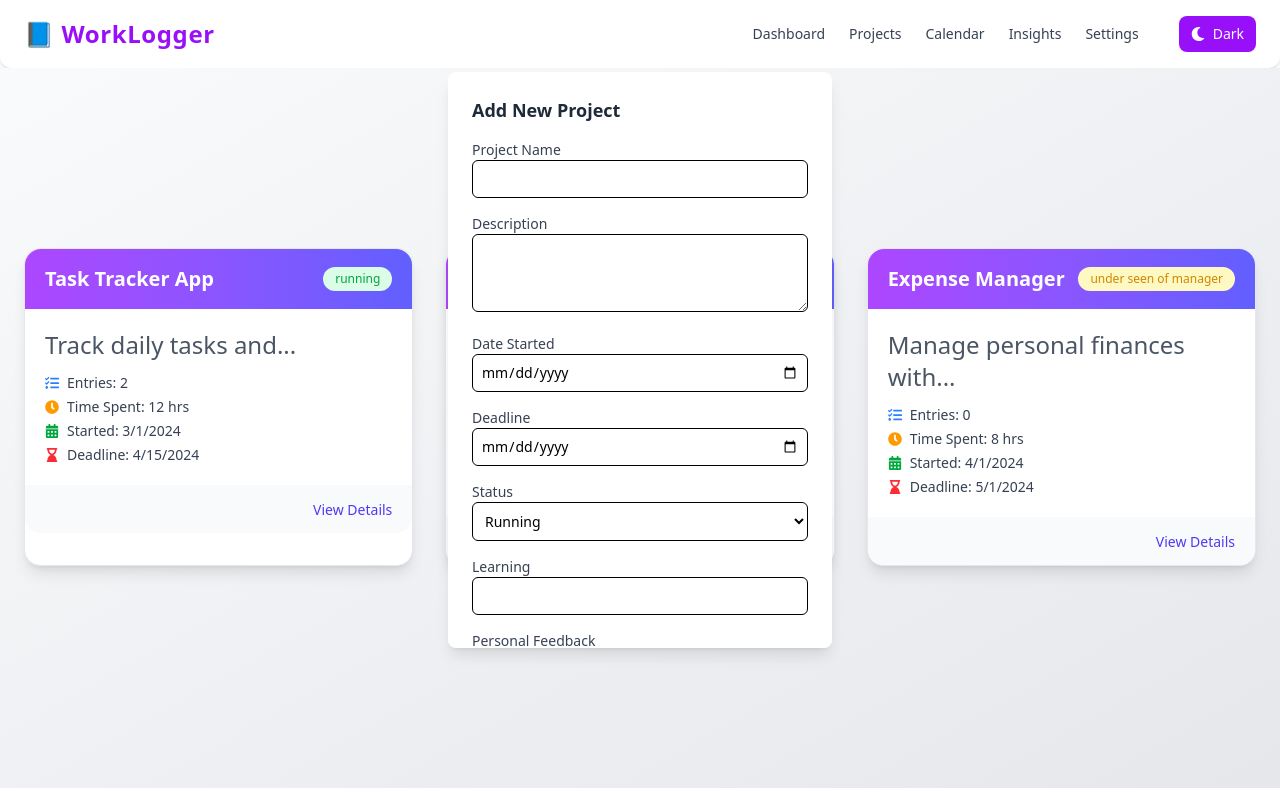
Repository: mohitagrawal0412/Workify
Page: /projects (app in client/), after clicking the first element matching `button.bg-indigo-600`
An editor plug-in stored every save of this project. The page is shown before and after the next save, followed by the edit.
The browser window is 1280 px wide. The pictures show the whole page.
The project was rebuilt for these pictures with package versions that can differ from the ones it lists, and the page was loaded fresh each time. Also part of the build but not shown: client/vite.config.js, client/src/index.css, client/src/Components/Dashboard/Dashboard.jsx, client/src/Components/Dashboard/ProjectDetails.jsx, client/src/Components/Dashboard/EntryDetails.jsx, client/src/Components/Dashboard/SubEntryDetails.jsx.

Above is the page before, as saved 2025-04-15 14:47:46.

After the next save:
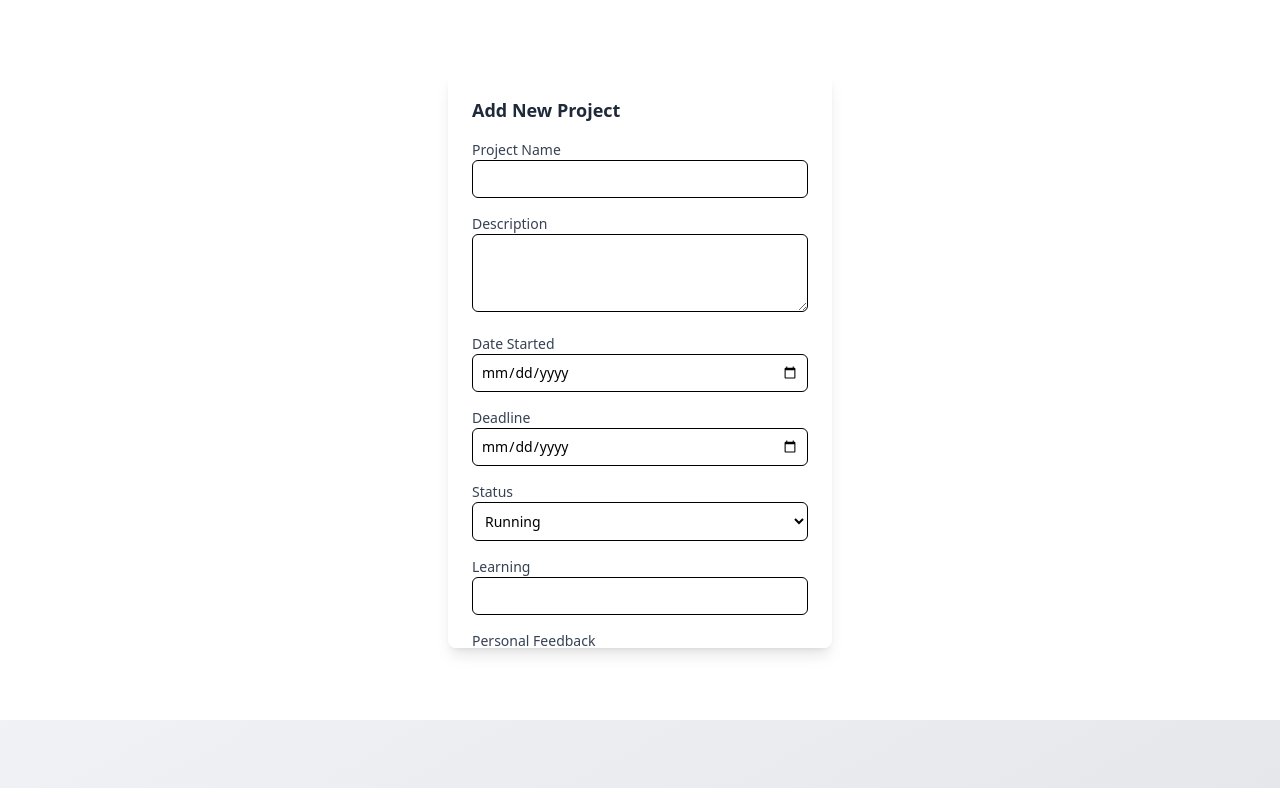
Saved 45 s later.
--- a/client/src/Components/Dashboard/AddProjectModal.jsx
+++ b/client/src/Components/Dashboard/AddProjectModal.jsx
@@ -29,7 +29,8 @@ const AddProjectModal = ({ showModal, handleClose, handleAddProject }) => {
     return (
         <>
             {showModal && (
-                <div className="fixed inset-0 bg-white-200 bg-opacity-0 flex justify-center items-center">
+                <div className="fixed inset-0 bg-white bg-opacity-50 flex justify-center items-center">
+
                     {/* <div className="fixed inset-0 bg-transparent flex justify-center items-center"> */}
 
 
